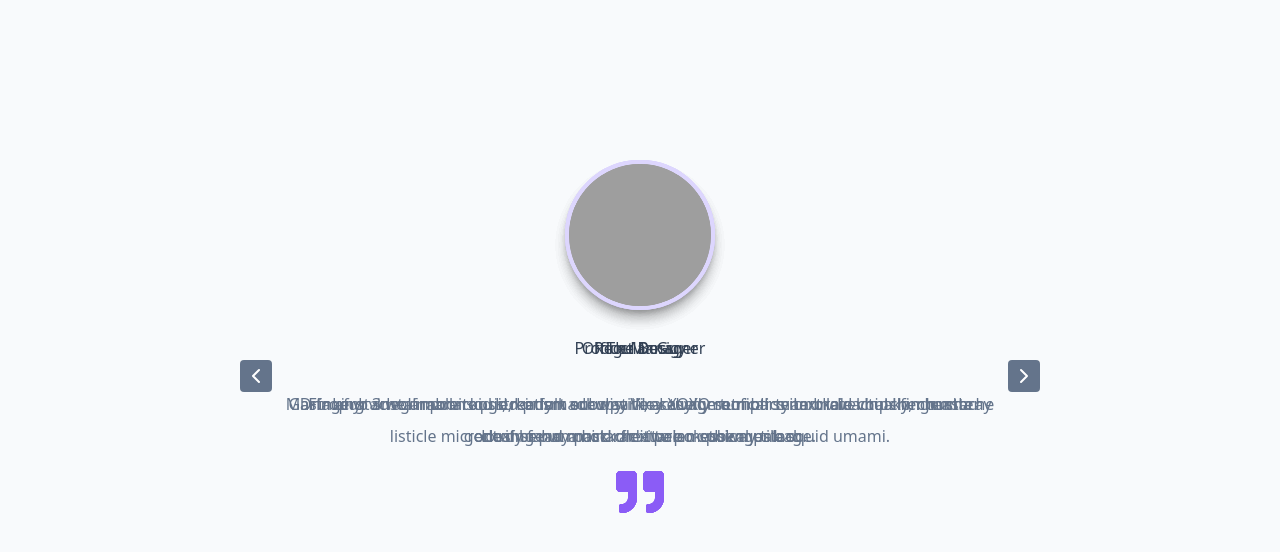
Repository: Maryie-B/React-Practice-Projects
Page: / (app in Slider/)
An editor plug-in stored every save of this project. The page is shown before and after the next save, followed by the edit.
The browser window is 1280 px wide. The pictures show the whole page.
Pictures or frames that could not be fetched are drawn as grey boxes. The project was rebuilt for these pictures with package versions that can differ from the ones it lists, and the page was loaded fresh each time. Also part of the build but not shown: Slider/vite.config.js.

Above is the page before, as saved 2023-06-08 12:55:18.

After the next save:
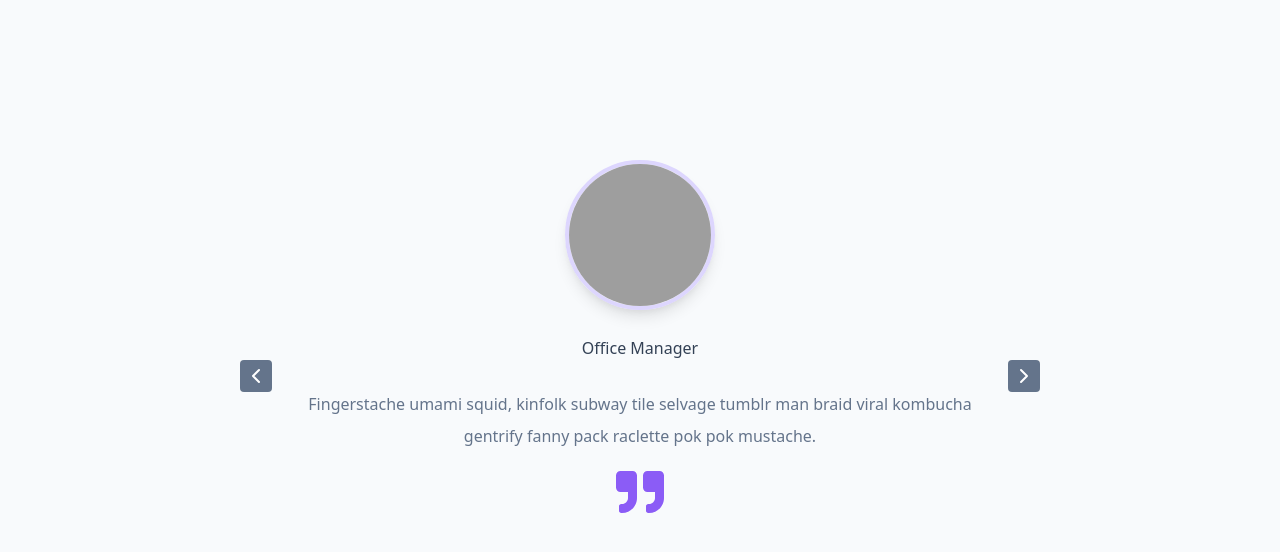
Saved 34 s later.
--- a/Slider/src/Carousel.jsx
+++ b/Slider/src/Carousel.jsx
@@ -15,7 +15,7 @@ const Carousel = () => {
     <section className='slider-container' >
       {people.map((person, personIndex) => {
         const { id, image, title, quote } = person;
-        return <article className="slide" style={{transform: `translateX(${100 * personIndex})%`}} key={id} >
+        return <article className="slide" style={{transform: `translateX(${100 * personIndex}%)`}} key={id} >
             <img src={image} alt={name} className='person-img'/>
             <h5 className="name">{name}</h5>
             <p className="title">{title}</p>
